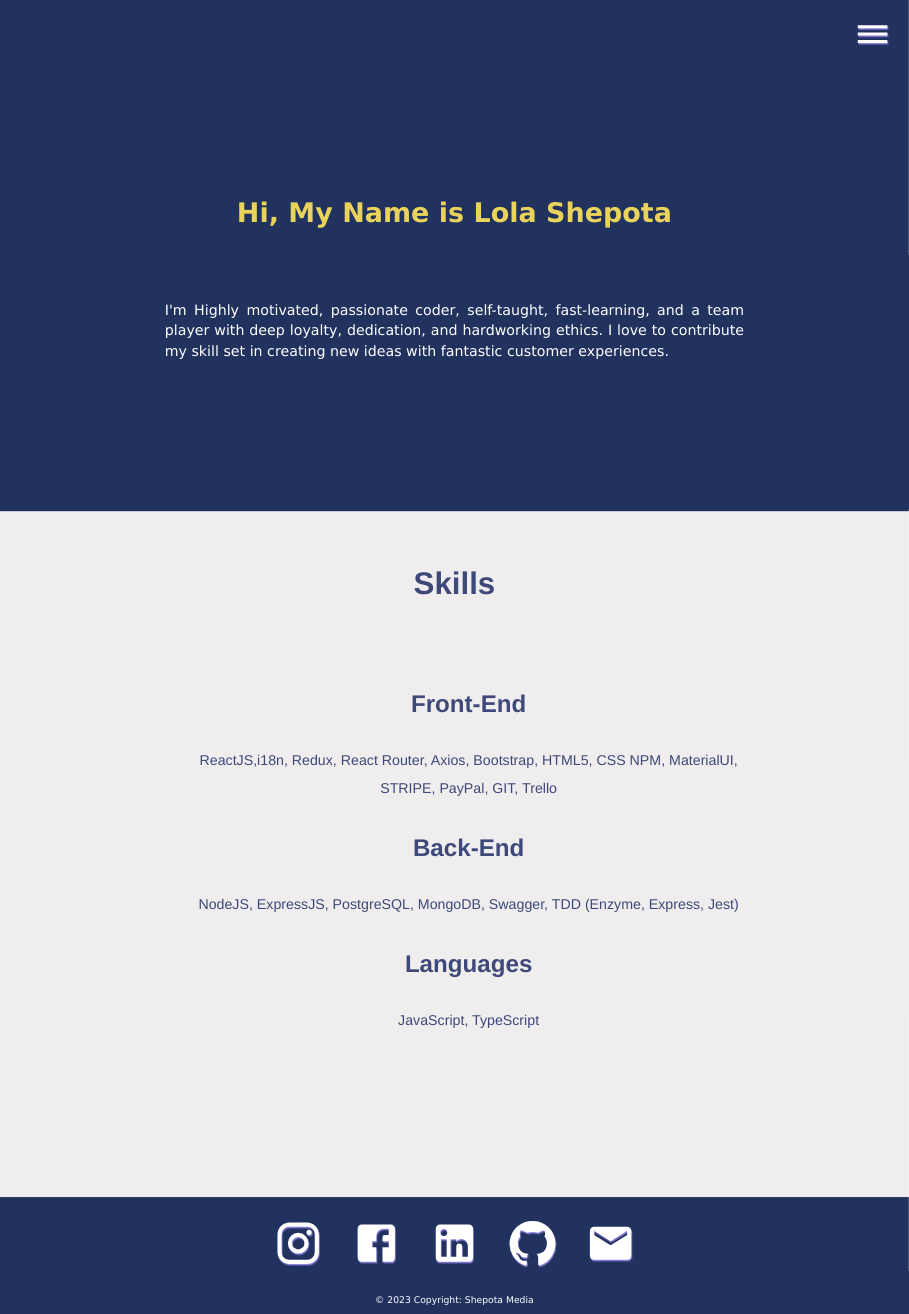
Repository: LolaSL/react-portfolio
Page: /
An editor plug-in stored every save of this project. The page is shown before and after the next save, followed by the edit.
The browser window is 1280 px wide. The pictures show the whole page, at 71% of full size.
The project was rebuilt for these pictures with package versions that can differ from the ones it lists, and the page was loaded fresh each time. Also part of the build but not shown: src/components/ProjectItem/ProjectItem.jsx, src/helpers/ProjectList.js, src/pages/Projects/Style.css, src/pages/Projects/Projects.jsx, src/pages/Experience/Style.css, src/pages/Experience/Experience.jsx, src/pages/ProjectDetail/ProjectDetail.jsx.

Above is the page before, as saved 2023-07-01 19:40:07.

After the next save:
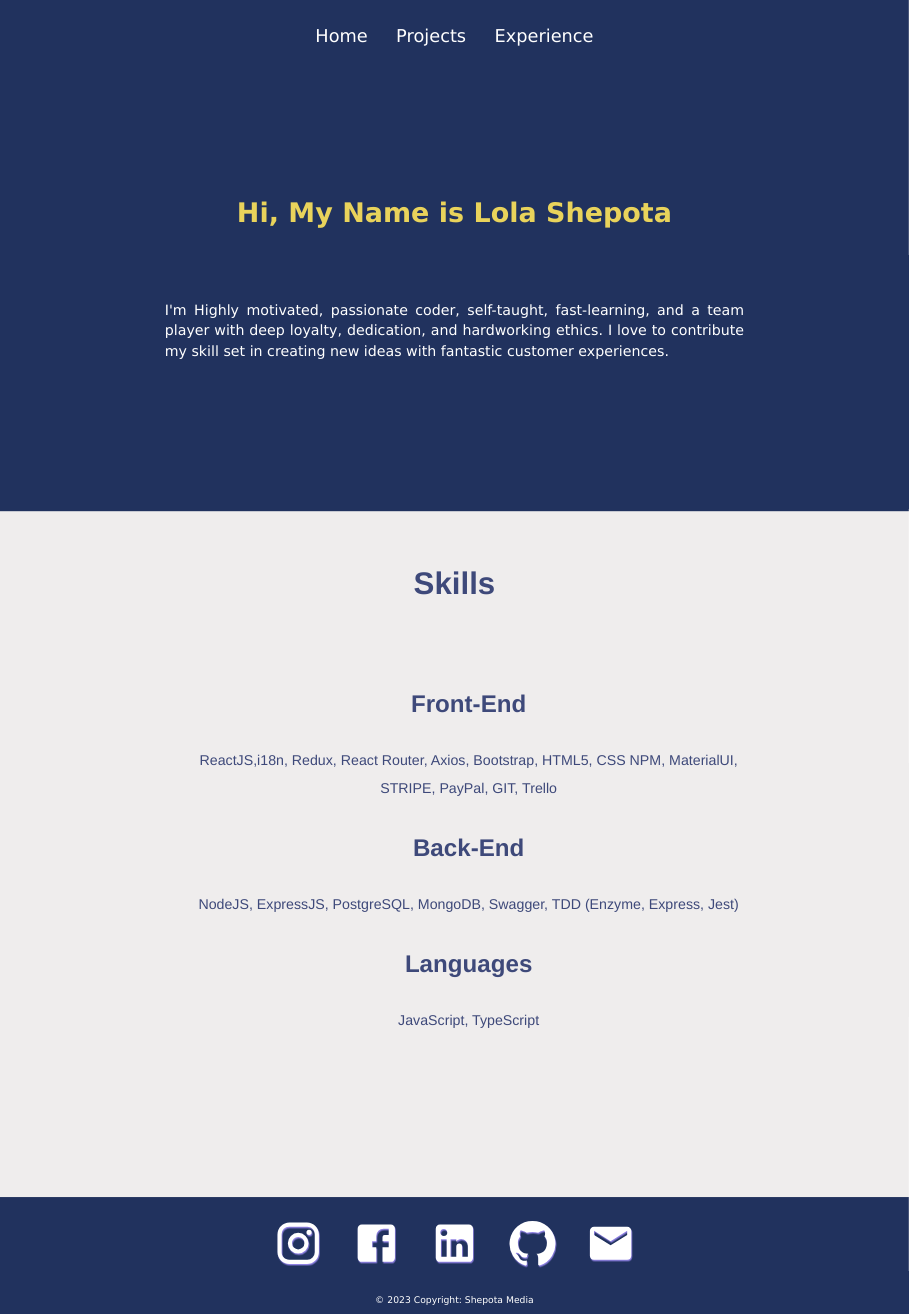
Saved 22 s later.
--- a/src/components/Navbar/Style.css
+++ b/src/components/Navbar/Style.css
@@ -76,7 +76,7 @@
     }
   }
 
-  @media only screen and (width: 600px) {
+  @media only screen and (min-width: 600px) {
     .toggleButton {
       display: none;
     }
